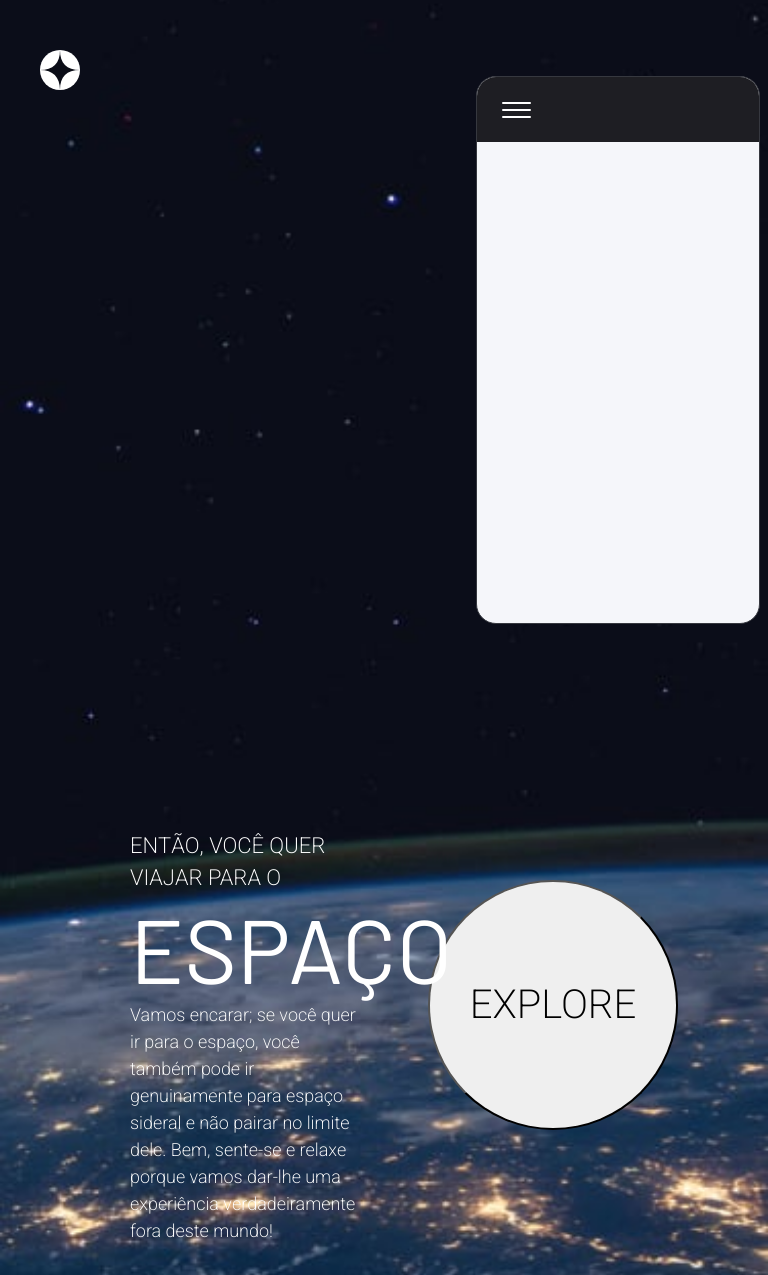
Repository: Leonngc/space-site
Page: space-tourism-website-main/space-tourism-website-main/starter-code/index.html
An editor plug-in stored every save of this project. The page is shown before and after the next save, followed by the edit.
The browser window is 768 px wide. The pictures show the whole page.
Some web libraries are served in a nearby version.

Above is the page before, as saved 2023-04-29 16:48:35.

### space-tourism-website-main/space-tourism-website-main/starter-code/index.html
<!DOCTYPE html>
<html lang="pt-br">
<head>
  <meta charset="UTF-8">
  <meta name="viewport" content="width=device-width, initial-scale=1.0">
  <link rel="icon" type="image/png" sizes="32x32" href="./assets/favicon-32x32.png">
  <link rel="stylesheet" href="styles/menu.css">
  <link rel="stylesheet" href="styles/home.css">
  <!-- CDN FLATICON-->
  <link rel='stylesheet' href='https://cdn-uicons.flaticon.com/uicons-bold-rounded/css/uicons-bold-rounded.css'>
  <script src="script/menu.js" defer></script>
  <title>Frontend Mentor | Space tourism website</title>
</head>
<body>

  <header>
    <img src="assets/shared/logo.svg" alt="" class="logo">
    <div class="line"></div>

    <ul class="menu">
    <li class="item-menu active"><a href="#">00 Home</a></li>
    <li class="item-menu"><a href="#">01 Destination</a></li>
    <li class="item-menu"><a href="#">02 Crew</a></li>
    <li class="item-menu"><a href="#">03 Technology</a></li>
    </ul>




    <div class="container">
      <div class="phone">
        <div class="content">

          <nav role="navigation">
            <div id="menuToggle">
              <input type="checkbox" />
                <span></span>
                <span></span>
                <span></span>
            <ul id="menu">
              <li><a href="#">Home</a></li>
              <li><a href="#">About</a></li>
              <li><a href="#">Info</a></li>
              <li><a href="#">Contact</a></li>
            </ul>
           </div>
          </nav>
        </div>
       </div>
    </div>
  </header>

<div class="container-button">
    <button>Explore</button>
  </div>
<div class="text-box">
    <span>Então, você quer viajar para o</span>
    <h1>Espaço</h1>
    <p>
      Vamos encarar; se você quer ir para o espaço, você também pode ir genuinamente para
      espaço sideral e não pairar no limite dele. Bem, sente-se e relaxe
      porque vamos dar-lhe uma experiência verdadeiramente fora deste mundo!
    </p>
</div>



</body>
</html>

### space-tourism-website-main/space-tourism-website-main/starter-code/styles/menu.css
@import url('https://fonts.googleapis.com/css2?family=Heebo:wght@200&display=swap');

*{
    padding: 0;
    margin: 0;
}

header{
    display: flex;
    justify-content: space-between;
}

.menu{
    margin-top: 20px;
    display: flex;
    width: 90vw ;
    height: 12vh;
    position: relative;
    justify-content: space-between;
    list-style: none;
    background: rgba(255, 255, 255, 0.21);
    background: rgba(255, 255, 255, 0.08);
    box-shadow: 0 4px 30px rgba(0, 0, 0, 0.1);
    backdrop-filter: blur(5px);
    -webkit-backdrop-filter: blur(5px);
}

.item-menu{
    margin: auto;

}

.item-menu a{
    text-decoration: none;
    font-family: 'Heebo', sans-serif;
    color: white;
}

.active{
  border-bottom: 3px solid white;
}

.line{
    background-color:  rgba(255, 255, 255, 0.21);

    height: 2px;
    width: 1110px;
    margin-top: 68px;
    margin-left: 30px;
}

.logo{
    margin-top: 30px;
    margin-left: 20px;
    width: 40px;
    height: 40px;
    padding: 20px;
}

@media screen and (max-width: 900px){
    .menu{
        display: none;
    }

    .line{
        display: none;
    }

    body{
        background-image: url(../assets/home/background-home-mobile.jpg) !important;
    }

    .container {
        margin-top: 50px;
        Display: flex;
        justify-content: center;
        align-items: center;
      }
      .phone {
        width: 300px;
        height: 600px;
        Display: flex;
        justify-content: center;
        align-items: center;
      }
      .content {
        border: 1px solid #36383F;
        border-radius: 20px;
        width: 94%;
        height: 91%;
        background-color: #F5F6FA;
        overflow: hidden;
      }
      nav {
        background-color: #1E1E23;
        height: 65px;
      }


      #menuToggle {
        display: flex;
        flex-direction: column;
        position: relative;
        top: 25px;
        left: 25px;
        z-index: 1;
        -webkit-user-select: none;
        user-select: none;
      }

      #menuToggle input
      {
        display: flex;
        width: 40px;
        height: 32px;
        position: absolute;
        cursor: pointer;
        opacity: 0;
        z-index: 2;
      }

      #menuToggle span
      {
        display: flex;
        width: 29px;
        height: 2px;
        margin-bottom: 5px;
        position: relative;
        background: #ffffff;
        border-radius: 3px;
        z-index: 1;
        transform-origin: 5px 0px;
        transition: transform 0.5s cubic-bezier(0.77,0.2,0.05,1.0),
                    background 0.5s cubic-bezier(0.77,0.2,0.05,1.0),
                    opacity 0.55s ease;
      }

      #menuToggle span:first-child
      {
        transform-origin: 0% 0%;
      }

      #menuToggle span:nth-last-child(2)
      {
        transform-origin: 0% 100%;
      }

      #menuToggle input:checked ~ span
      {
        opacity: 1;
        transform: rotate(45deg) translate(-3px, -1px);
        background: #36383F;
      }
      #menuToggle input:checked ~ span:nth-last-child(3)
      {
        opacity: 0;
        transform: rotate(0deg) scale(0.2, 0.2);
      }

      #menuToggle input:checked ~ span:nth-last-child(2)
      {
        transform: rotate(-45deg) translate(0, -1px);
      }

      #menu
      {
        position: absolute;
        width: 180px;
        height: 400px;
        box-shadow: 0 0 10px #85888C;
        margin: -50px 0 0 -50px;
        padding: 50px;
        padding-top: 125px;
        background-color: #F5F6FA;
        -webkit-font-smoothing: antialiased;
        transform-origin: 0% 0%;
        transform: translate(-100%, 0);
        transition: transform 0.5s cubic-bezier(0.77,0.2,0.05,1.0);
      }

      #menu li
      {
        padding: 10px 0;
        transition-delay: 2s;
      }

      #menuToggle input:checked ~ ul
      {
        transform: none;
      }
}

### space-tourism-website-main/space-tourism-website-main/starter-code/styles/home.css
@import url('https://fonts.googleapis.com/css2?family=Barlow&display=swap');
@import url('https://fonts.googleapis.com/css2?family=Heebo:wght@200&display=swap');
/*  font-family: 'Barlow', sans-serif;
    font-family: 'Heebo', sans-serif;
*/

:root{
    --title-font: 'Barlow';
    --paragraph-font: 'Heebo';
}

body{
    background-image: url(../assets/home/background-home-desktop.jpg);
    background-size: cover;
    background-position: center center;
}


.text-box{
    margin-top: 150px;
    padding: 30px;
    margin-left: 100px;
    width: 30vw;
    color: white;
}

span{
    font-family: var(--paragraph-font);
    font-size: 22px;
    text-transform: uppercase;
}

h1{
    font-family: var(--title-font);
    font-size: 90px;
    font-weight: 200;
    text-transform: uppercase;
}

p{
    font-family: var(--paragraph-font), sans-serif;
    font-size: 18px;
}

.container-button{
    float: right;
    margin-top: 230px;
    margin-right: 90px;
    margin-bottom: 30px;
}

.container-button button{
    width: 250px;
    height: 250px;
    border-radius: 50%;
    font-size: 40px;
    font-family: var(--paragraph-font);
    font-weight: 200;
    text-transform: uppercase;
}

Loaded but not shown: space-tourism-website-main/space-tourism-website-main/starter-code/script/menu.js (no stored copy; drawn as an empty file)

After the next save:
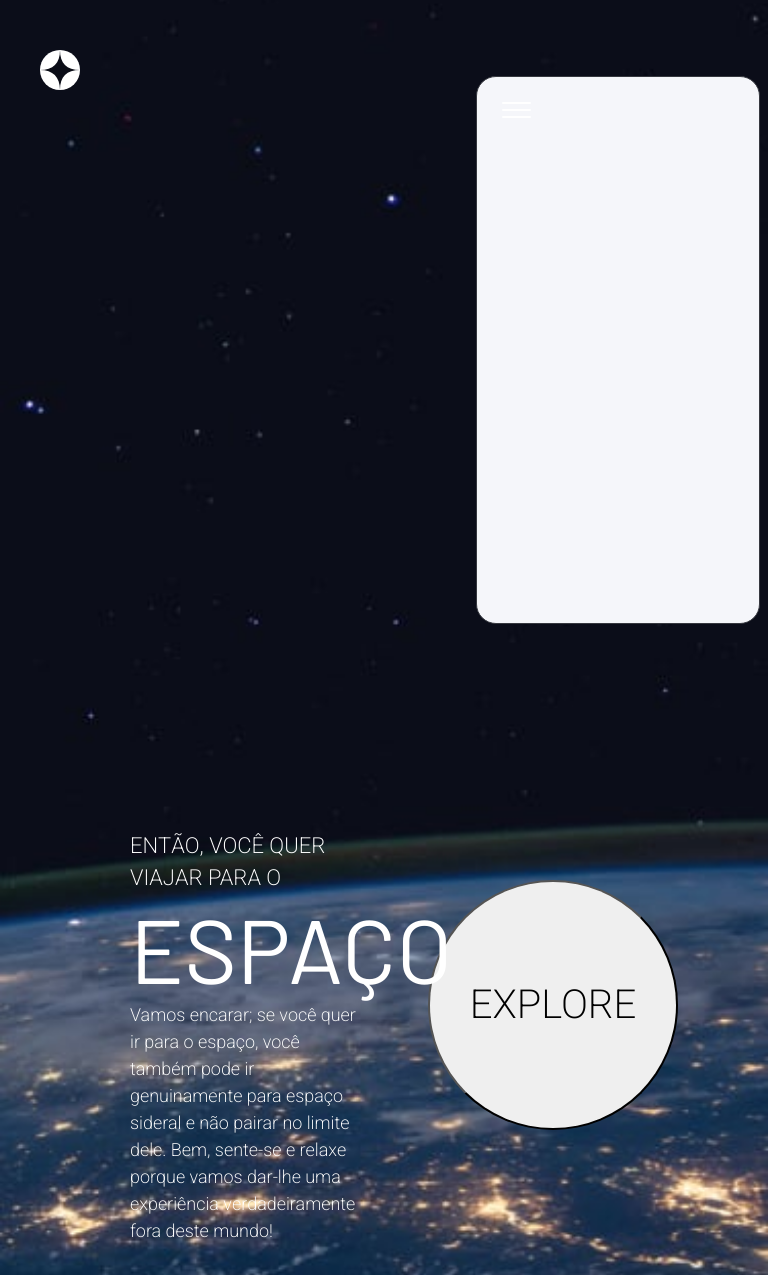
Saved 10 s later.
--- a/space-tourism-website-main/space-tourism-website-main/starter-code/styles/menu.css
+++ b/space-tourism-website-main/space-tourism-website-main/starter-code/styles/menu.css
@@ -92,7 +92,6 @@ header{
         overflow: hidden;
       }
       nav {
-        background-color: #1E1E23;
         height: 65px;
       }
 
